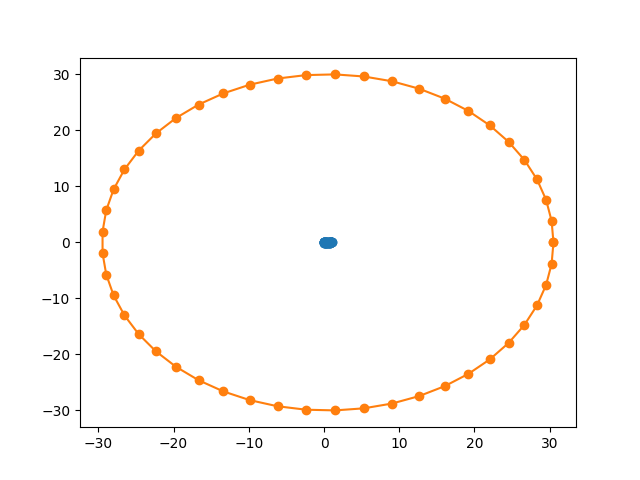
Repository: leiradom/CFDhomework
Script's output: python Laplaceequation/Meshgeneration.py
These files come from the project's save history. The script's output is drawn as it stood at one moment and after the next save; the edit follows.
Random numbers start from a fixed seed.

Above is the script's output before, as saved 2021-04-07 10:15:34.

After the next save:
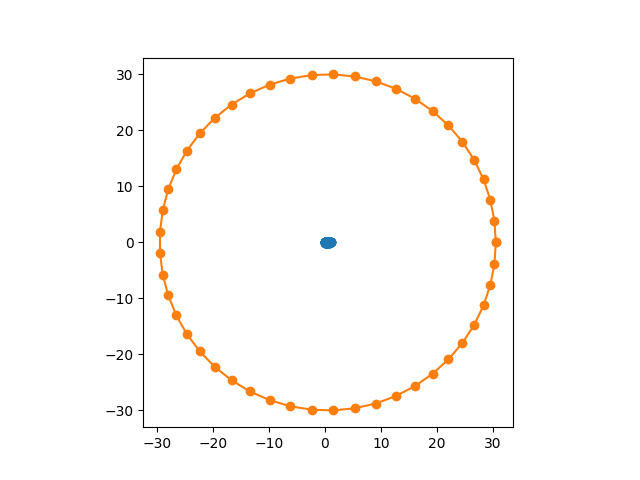
Saved 62 s later.
--- a/Laplaceequation/Meshgeneration.py
+++ b/Laplaceequation/Meshgeneration.py
@@ -45,4 +45,5 @@ for i in range(0,50):
 
 plt.plot(X,Y,'-o')
 plt.plot(X1,Y1,'-o')
+plt.axis('square')
 plt.show()
